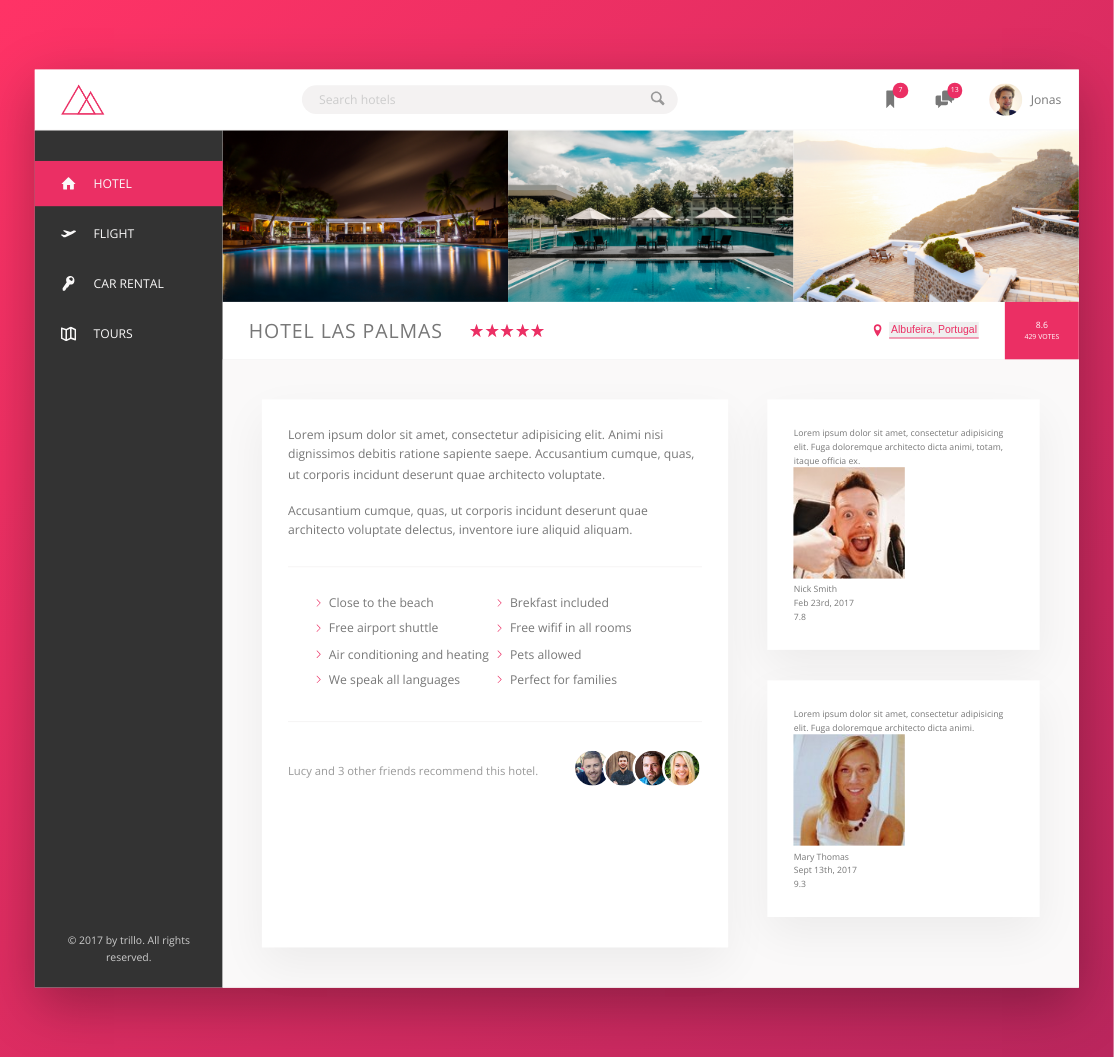
Repository: MalgorzataMazur/Trillo
Page: index.html
The author's editor kept a copy of each file at every save. The page is drawn from the files as they stood at one save, then again after the next save.
The browser window is 1280 px wide. The pictures show the whole page, at 87% of full size.
The style sheet was rebuilt from its Sass, Less or Tailwind sources for each picture, by a compiler version that may differ from the author's.

Above is the page before, as saved 2020-03-27 20:55:18.

### index.html
<!DOCTYPE html>
<html lang="en">
    <head>
        <meta charset="UTF-8">
        <meta name="viewport" content="width=device-width, initial-scale=1.0">

        <link href="https://fonts.googleapis.com/css?family=Open+Sans:300,400,600" rel="stylesheet">
        <link rel="stylesheet" href="css/style.css">
        <link rel="shortcut icon" type="image/png" href="img/favicon.png">

        <title>trillo &mdash; Your all-in-one booking app</title>
    </head>
    <body>
        <div class="container">
            <header class="header">
                <img src="img/logo.png" alt="trillo logo" class="logo">

                <form action="#" class="search">
                    <input type="text" class="search__input" placeholder="Search hotels">
                    <button class="search__button">
                        <svg class="search__icon">
                            <use xlink:href="img/sprite.svg#icon-magnifying-glass"></use> <!--include svg -->
                        </svg>
                    </button>
                </form>

                <nav class="user-nav">
                    <div class="user-nav__icon-box">
                        <svg class="user-nav__icon">
                            <use xlink:href="img/sprite.svg#icon-bookmark"></use>
                        </svg>
                        <span class="user-nav__notification">7</span>
                    </div>
                    <div class="user-nav__icon-box">
                        <svg class="user-nav__icon">
                            <use xlink:href="img/sprite.svg#icon-chat"></use>
                        </svg>
                        <span class="user-nav__notification">13</span>
                    </div>
                    <div class="user-nav__user">
                        <img src="img/user.jpg" alt="User photo" class="user-nav__user-photo">
                        <span class="user-nav__user-name">Jonas</span>
                    </div>
                </nav>
            </header>
            <div class="content">
                <nav class="sidebar">
                    <ul class="side-nav">
                        <li class="side-nav__item side-nav__item--active">
                            <a href="#" class="side-nav__link">
                                <svg class="side-nav__icon">
                                    <use xlink:href="img/sprite.svg#icon-home"></use>
                                </svg>
                                <span>Hotel</span>
                            </a>
                        </li>
                        <li class="side-nav__item">
                            <a href="#" class="side-nav__link">
                                <svg class="side-nav__icon">
                                    <use xlink:href="img/sprite.svg#icon-aircraft-take-off"></use>
                                </svg>
                                <span>Flight</span>
                            </a>
                        </li>
                        <li class="side-nav__item">
                            <a href="#" class="side-nav__link">
                                <svg class="side-nav__icon">
                                    <use xlink:href="img/sprite.svg#icon-key"></use>
                                </svg>
                                <span>Car rental</span>
                            </a>
                        </li>
                        <li class="side-nav__item">
                            <a href="#" class="side-nav__link">
                                <svg class="side-nav__icon">
                                    <use xlink:href="img/sprite.svg#icon-map"></use>
                                </svg>
                                <span>Tours</span>
                            </a>
                        </li>
                    </ul>

                    <div class="legal">
                        &copy; 2017 by trillo. All rights reserved. <!-- html entity -->
                    </div>
                </nav>


                <main class="hotel-view">
                    <div class="gallery">
                        <figure class="gallery__item">
                            <img src="img/hotel-1.jpg" alt="Photo of hotel 1" class="gallery__photo">
                        </figure>
                        <figure class="gallery__item">
                            <img src="img/hotel-2.jpg" alt="Photo of hotel 2" class="gallery__photo">
                        </figure>
                        <figure class="gallery__item">
                            <img src="img/hotel-3.jpg" alt="Photo of hotel 3" class="gallery__photo">
                        </figure>
                    </div>

                    <div class="overview">
                        <h1 class="overview__heading">
                            Hotel Las Palmas
                        </h1>

                        <div class="overview__stars">
                            <svg class="overview__icon-star">
                                <use xlink:href="img/sprite.svg#icon-star"></use>
                            </svg>
                            <svg class="overview__icon-star">
                                <use xlink:href="img/sprite.svg#icon-star"></use>
                            </svg>
                            <svg class="overview__icon-star">
                                <use xlink:href="img/sprite.svg#icon-star"></use>
                            </svg>
                            <svg class="overview__icon-star">
                                <use xlink:href="img/sprite.svg#icon-star"></use>
                            </svg>
                            <svg class="overview__icon-star">
                                <use xlink:href="img/sprite.svg#icon-star"></use>
                            </svg>
                        </div>

                        <div class="overview__location">
                            <svg class="overview__icon-location">
                                <use xlink:href="img/sprite.svg#icon-location-pin"></use>
                            </svg>
                            <button class="btn-inline">Albufeira, Portugal</button>
                        </div>

                        <div class="overview__rating">
                            <div class="overiew__rating-average">8.6</div>
                            <div class="overview__rating-count">429 votes</div>
                        </div>
                    </div>

                    <div class="detail">
                        <div class="description">
                             <p class="paragraph">
                                Lorem ipsum dolor sit amet, consectetur adipisicing elit. Animi nisi dignissimos debitis ratione sapiente saepe. Accusantium cumque, quas, ut corporis incidunt deserunt quae architecto voluptate.
                             </p>
                             <p class="paragraph">
                                Accusantium cumque, quas, ut corporis incidunt deserunt quae architecto voluptate delectus, inventore iure aliquid aliquam.
                             </p>
                             <ul class="list">
                                 <li class="list__item">Close to the beach</li>
                                 <li class="list__item">Brekfast included</li>
                                 <li class="list__item">Free airport shuttle</li>
                                 <li class="list__item">Free wifif in all rooms</li>
                                 <li class="list__item">Air conditioning and heating</li>
                                 <li class="list__item">Pets allowed</li>
                                 <li class="list__item">We speak all languages</li>
                                 <li class="list__item">Perfect for families</li>
                             </ul>
                             <div class="recommend">
                                 <p class="recommend__count">
                                     Lucy and 3 other friends recommend this hotel.
                                 </p>
                                 <div class="recommend__friends">
                                     <img src="img/user-3.jpg" alt="Friend 1" class="recommend__photo">
                                     <img src="img/user-4.jpg" alt="Friend 2" class="recommend__photo">
                                     <img src="img/user-5.jpg" alt="Friend 3" class="recommend__photo">
                                     <img src="img/user-6.jpg" alt="Friend 4" class="recommend__photo">
                                 </div>
                             </div>
                        </div>

                        <div class="user-reviews">
                            <figure class="review"> <!-- figure is gerat for some tect, descriptions of the images -->
                                <blockquote class="review__text">
                                    Lorem ipsum dolor sit amet, consectetur adipisicing elit. Fuga doloremque architecto dicta animi, totam, itaque officia ex.
                                </blockquote>
                                <figcaption class="review__user">
                                    <img src="img/user-1.jpg" alt="User 1" class="review__photo">
                                    <div class="review__user-box">
                                        <p class="review__user-name">Nick Smith</p>
                                        <p class="review__user-date">Feb 23rd, 2017</p>
                                    </div>
                                    <div class="review__rating">7.8</div>
                                </figcaption>
                            </figure>

                            <figure class="review">
                                <blockquote class="review__text">
                                    Lorem ipsum dolor sit amet, consectetur adipisicing elit. Fuga doloremque architecto dicta animi.
                                </blockquote>
                                <figcaption class="review__user">
                                    <img src="img/user-2.jpg" alt="User 2" class="review__photo">
                                    <div class="review__user-box">
                                        <p class="review__user-name">Mary Thomas</p>
                                        <p class="review__user-date">Sept 13th, 2017</p>
                                    </div>
                                    <div class="review__rating">9.3</div>
                                </figcaption>
                            </figure>

                            </div>
                        </div>



                    </div>

                </main>
            </div>

        </div>
    </body>
</html>

### sass/_base.scss
//variable will be avuialable for entire documents here, global parent of elelemnt
:root { //root pseudoclass the same like ktml but higher specifity //css custom proiperties variables I use here define in declaration bloxk remember
    --color-primary: #eb2f64;
    --color-primary-light: #FF3366;
    --color-primary-dark: #BA265D;

    --color-grey-light-1: #faf9f9;
    --color-grey-light-2: #f4f2f2;
    --color-grey-light-3: #f0eeee;
    --color-grey-light-4: #ccc;

    --color-grey-dark-1: #333;
    --color-grey-dark-2: #777;
    --color-grey-dark-3: #999;

    --shadow-dark: 0 2rem 6rem rgba(0,0,0,.3);
    --shadow-light: 0 2rem 5rem rgba(0,0,0,.06);

    --line: 1px solid var(--color-grey-light-2);

}

* { //first global settings *,htm, body
    margin: 0;
    padding: 0;
}

*,
*::before,
*::after {
    box-sizing: inherit;
}

html {
    box-sizing: border-box;
    font-size: 62.5%; //1rem = 10px, 10px/16px = 62.5%
}

body {
    font-family: 'Open Sans', sans-serif;
    font-weight: 400;
    line-height: 1.6;
    color: var(--color-grey-dark-2);
    background-image: linear-gradient(to right bottom, var(--color-primary-light), var(--color-primary-dark)); //gradient from the left top cornet to right bottom corner
    background-size: cover;
    background-repeat: no-repeat; //default is repeat in css

    min-height: 100vh; //min height but if height can be bigger than that will be simply bigger
}

### sass/_layout.scss
.container {
    max-width: 120rem; //container can decrease if hasn't got enough enough space to display our 120rem,;inaczej 1200px i jesli mniej to zajmie 100% szerokosci portu
    margin: 8rem auto;
    background-color: var(--color-grey-light-1);
    box-shadow: var(--shadow-dark);

    min-height: 50rem;
}

.header {
    font-size: 1.4rem;
    height: 7rem;
    background-color: #fff;
    border-bottom: var(--line);

    display: flex; //cause it is parent element
    justify-content: space-between; // divide empty space between 3 elements
    align-items: center; //wzdłuż osi poprzecznej center
}

.content {
    display: flex;
}

.sidebar {
    background-color: var(--color-grey-dark-1);

    flex: 0 0 18%; //don't want to grow & shrink & we want 18% of width; automatic wil be

    display: flex;
    flex-direction: column; //change the direction of the main axis from left to right to top to bottom
    justify-content: space-between;
}

.hotel-view {
    background-color: #fff;

    flex: 1; //by using flex 1 element should grow as much as that can; na tyle ile ma przestrzeni
}

.detail {
    display: flex;
    padding: 4.5rem;
    background-color: var(--color-grey-light-1);
    border-bottom: var(--line);
}

.description {
    font-size: 1.4rem;
    background-color: #fff;
    box-shadow: var(--shadow-light); //almost invisible shadow
    padding: 3rem;
    flex: 0 0 60%;
    margin-right: 4.5rem;

}

.user-reviews {
    flex: 1;
}

### sass/_components.scss
/////////////////////////////////
////LOGO
.logo {
    height: 3.5rem;
    margin-left: 3rem;
}



/////////////////////////////////
////SEARCH
.search {
    flex: 0 0 40%; //grow shrink occupy

    display: flex;//flex item is becoming flex container,; we center loop icon btn
    align-items: center; //center elem along the cross axis
    justify-content: center; //center elem along the main axis

    &__input {
        font-family: inherit;
        font-size: inherit;
        color: inherit;
        background-color: var(--color-grey-light-2);
        border: none;
        border-radius: 100px;
        padding: .7rem 2rem;
        width: 90%;
        transition: all .2s;
        margin-right: -3.25rem; //this way the btn move on top of input

        &:focus {
            outline: none;
            width: 100%;
            background-color: var(--color-grey-light-3);
        }

        &::-webkit-input-placeholder {
            font-weight: 100;
            color: var(--color-grey-light-4);
        }
    }

    &__input:focus + &__button { //sibling, adjust element; the same backgr color
        background-color: var(--color-grey-light-3);
    }

    &__button {
        border: none;
        background-color: var(--color-grey-light-2);

        &:focus {
            outline: none;
        }

        &:active {
            transform: translate(2px);
        }
    }

    &__icon {
        height: 2rem;
        width: 2rem;
        fill: var(--color-grey-dark-3);
}
}



/////////////////////////////////
////USER NAVIGATION
.user-nav {
    align-self: stretch; //żeby one sie rozciagaly, is like align items but for one individual item; ovverite in header align item center

    display: flex; //flex item on the sam etime is flex container
    align-items: center;

    & > * {
        padding: 0 2rem;
        cursor: pointer;
        display: flex;
        height: 100%;
        align-items: center; //when we hoover thy arent on the top; vertical align
   }

    & > *:hover {
        background-color: var(--color-grey-light-2);
    }

    &__icon-box {
        position: relative;
    }

    &__icon {
        height: 2.25rem;
        width: 2.25rem;
        fill: var(--color-grey-dark-2);
    }

    &__notification {
        font-size: .8rem;
        height: 1.75rem;
        width: 1.75rem;
        border-radius: 50%;
        background-color: var(--color-primary);
        color: #fff;
        position: absolute; //parent elememnt is iconbox relative
        top: 1.5rem;
        right: 1.1rem;

        display: flex;
        justify-content: center;
        align-items: center;
    }

    &__user-photo {
        height: 3.75rem;
        border-radius: 50%;
        margin-right: 1rem;
    }
}



/////////////////////////////////
////SIDE NAVIGATION
.side-nav {
    font-size: 1.4rem;
    list-style: none;
    margin-top: 3.5rem;

    &__item {
        position: relative;

        &:not(:last-child) { //all the items except the last one
            margin-bottom: .5rem;
        }
    }

    &__item::before { //line becpmes invisible which then expands to the right side
        content: "";
        position: absolute;
        top: 0;
        left: 0;
        height: 100%;
        width: 3px;
        background-color: var(--color-primary);
        transform: scaleY(0); //normal state without any hover
        transition: transform .2s, //first transform ghappens during .2s & we wait this time .2s until we start transitioning the width .4s
                    width .4s cubic-bezier(1,0,0,1) .2s,
                    background-color .1s; //we can set diffrent settings for diffrent properties. we can have the staged animations where first the transform happens then the width
    }

    &__item:hover::before,
    &__item--active::before {
        transform: scaleY(1); //only occurs Y direction from top to bottom
        width: 100%;
    }

    &__item:active::before {
        background-color: var(--color-primary-light);
    }

    &__link:link,
    &__link:visited {
        color: var(--color-grey-light-1);
        text-decoration: none;
        text-transform: uppercase;
        display: block;
        padding: 1.5rem 3rem;
        position: relative; //on top of the before elem after hover

        display: flex;
        align-items: center; //ikony równo z napisem z listy
    }

    &__icon {
        width: 1.75rem;
        height: 1.75rem;
        margin-right: 2rem;
        fill: currentColor; //means color ofthe current elelemnt or the parent element
    }
}



/////////////////////////////////
////LEGAL TEXT
.legal {
    font-size: 1.2rem;
    color: var(--color-grey-light-4);
    text-align: center;
    padding: 2.5rem;
}



/////////////////////////////////
////SIDE NAVIGATION
.gallery {
    display: flex;

    &__photo {
        width: 100%;
        display: block;
    }
}



/////////////////////////////////
////SIDE NAVIGATION
.overview {
    display: flex; // justify-content: space-between; //evenly distribute all the elements along the main axis
    align-items: center;
    border-bottom: var(--line);

    &__heading {
        font-size: 2.25rem;
        font-weight: 300;
        text-transform: uppercase;
        letter-spacing: 1px;
        padding: 1.5rem 3rem;
    }

    &__stars {
        // flex: 1;
        margin-right: auto; //we created the space without actually stretching out this entire element; element only occypying the space that it needs here
        display: flex;    }

    &__icon-star,
    &__icon-location {
        width: 1.75rem;
        height: 1.75rem;
        fill: var(--color-primary);
    }

    &__location {
        font-size: 1.2rem;
        display: flex;
        align-items: center;
    }

    &__icon-location {
        margin-right: .5rem;
    }

    &__rating {
        background-color: var(--color-primary);
        color: #fff;
        margin-left: 3rem;
        padding: 0 2.25rem;
        align-self: stretch; //occupy all the space that it has available

        display: flex;
        flex-direction: column;
        align-items: center;
        justify-content: center;
    }

    &__rating-average {
        font-size: 2.25rem;
        font-weight: 300;
        margin-bottom: -3px;
    }

    &__rating-count {
        font-size: .8rem;
        text-transform: uppercase;
    }
}



/////////////////////////////////
////BUTTON-LINE
.btn-inline {
    border: none;
    color: var(--color-primary);
    font-size: inherit;
    border-bottom: 1px solid currentColor;
    padding: 2px;
    display: inline-block;
    background-clip: transparent;
    cursor: pointer;
    transition: all .2s;

    &:hover {
        color: var(--color-grey-dark-1); //when hover the border becomes the exact same color as the tex
    }

    &:focus {
        outline: none;
        animation: pulsate 1s infinite;
    }
}

@keyframes pulsate {
    0% { //normal state
        transform: scale(1);
        box-shadow: none;
    }

    50% { //scale a little bit
        transform: scale(1.05);
        box-shadow: 0 1rem 4rem rgba(0,0,0,.25);
    }

    100% { //back to the normal
        transform: scale(1);
        box-shadow: none;
    }
}



/////////////////////////////////
////PARAGRAPH
.paragraph:not(:last-of-type) {
    margin-bottom: 2rem;
}



/////////////////////////////////
////LIST
.list {
    list-style: none;
    margin: 3rem 0;
    padding: 3rem;
    border-top: var(--line);
    border-bottom: var(--line);

    display: flex;
    flex-wrap: wrap;

    &__item {
        flex: 0 0 50%; //100% of width /2 = 50%
        margin-bottom: .7rem;
    }

    &__item::before {
        content: "";
        display: inline-block;
        height: 1rem;
        width: 1rem;
        margin-right: .7rem;

        //Older browsers
        // background-image: url(../img/chevron-thin-right.svg);
        // background-size: cover;

        //New browsers - masks             //tht's best solution withh backgim we cannot change color in css
        background-color: var(--color-primary);
        -webkit-mask-image: url(../img/chevron-thin-right.svg);
        -webkit-mask-size: cover; //this entire square we had before is still here but nowe can only see it in the places where the mask allows us to see through; that's exactly the icon is located
        mask-image: url(../img/chevron-thin-right.svg);
        -webkit-mask-size: cover;
    }
}



/////////////////////////////////
////RECOMMEND
.recommend {
    font-size: 1.3rem;
    color: var(--color-grey-dark-3);

    display: flex;
    align-items: center;

    &__count {
        margin-right: auto;
    }

    &__friends {

    }

    &__photo {
        box-sizing: content-box; //border we want to be added on the top of our height and the width
        height: 4rem;
        width: 4rem;
        border-radius: 50%;
        border: 3px solid #fff;

        &:not(:last-child) {
            margin-right: -1.5rem;
        }
    }
}



/////////////////////////////////
////REVIEWS
.review {
    background-color: #fff;
    box-shadow: var(--shadow-light);
    padding: 3rem;
    margin-bottom: 3.5rem;

    &__text {

    }

    &__user {

    }

    &__photo {

    }

    &__user-box {

    }

    &__user-name {

    }

    &__user-date {

    }

    &__rating {

    }
}

Loaded but not shown: sass/main.scss (common file)

After the next save:
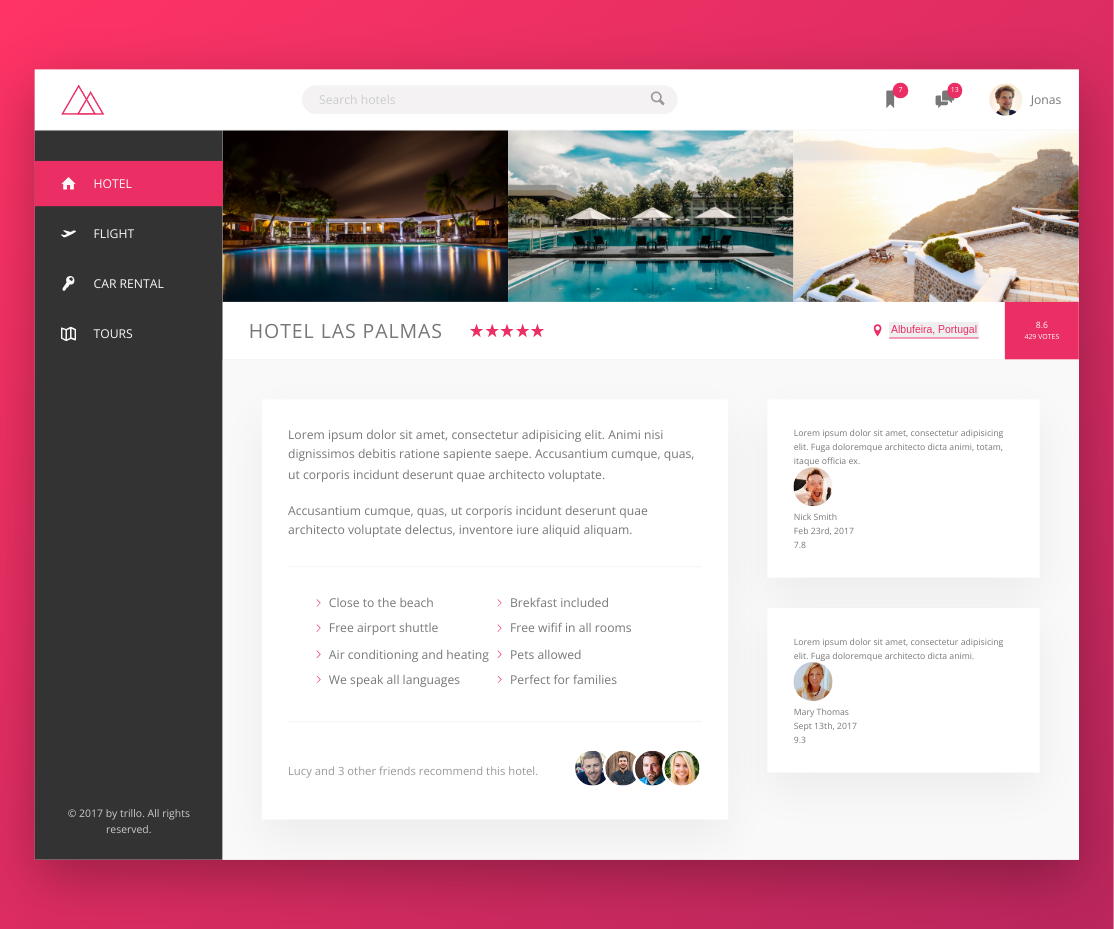
Saved 59 s later.
--- a/sass/_components.scss
+++ b/sass/_components.scss
@@ -409,7 +409,9 @@
     }
 
     &__photo {
-
+        height: 4.5rem;
+        width: 4.5rem;
+        border-radius: 50%;
     }
 
     &__user-box {
